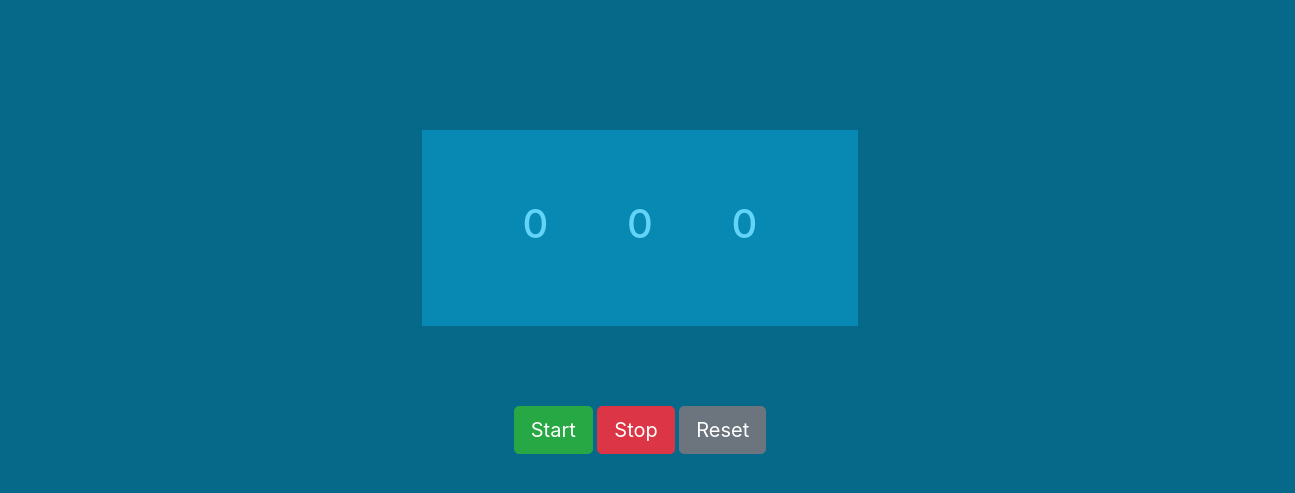
Repository: moiz9265/stopwatch
Page: index.html
The author's editor kept a copy of each file at every save. The page is drawn from the files as they stood at one save, then again after the next save.
The browser window is 1280 px wide. The page is 1295 px wide, so the pictures cover 1295 px, including what lies to the right of the window. The pictures show the whole page.

Above is the page before, as saved 2020-07-09 23:15:55.

### index.html
<!DOCTYPE html>
<html lang="en">
  <head>
    <meta charset="utf-8">
    <title>Stop Watch</title>

    <link rel="stylesheet" href="css/bootstrap.min.css">
    <link rel="stylesheet" href="css/style.css" type="text/css">


    </script>
  </head>
  <body>
      <!-- <h1  style="text-align: center;">Stop Watch</h1> -->
        <div class="row" style="margin-top: 80px;">
            <div class="col-md-4">

            </div>
            <div id="maindiv" style=" text-align: center;" class="col-sm-12 col-md-4">
                <h1 id="minute">0</h1>
                <h1 id="second">0</h1>
                <h1 id="millisec">0</h1>
                <!-- <h1>0</h1> -->
            </div>
            <div class="col-md-4">

            </div>

        </div>
        <div class="row" style="margin-top: 80px;">
            <div class="col-md-4">

            </div>
            <div  style=" text-align: center;" class="col-sm-12 col-md-4">
               <button onclick="start()" class="btn btn-lg btn-success">Start</button>
               <button onclick="pause()" class="btn btn-lg btn-danger">Stop</button>
               <button onclick="reset()" class="btn btn-lg btn-secondary">Reset</button>

            </div>
            <div class="col-md-4">

            </div>

        </div>

  </body>
  <script src="js/jquery-3.2.1.slim.min.js"></script>
  <script src="js/popper.min.js"></script>
  <script src="js/bootstrap.min.js"> </script>
  <script src="js/app.js">

  </script>
  </script>
</html>

### css/style.css
body{
    background-color: #066989;
}

#maindiv
{
        margin-top: 50px;
    width: 40%;
    background-color: #0789B3;
    padding-top: 70px;
    padding-bottom: 70px;
    padding-left: 30px;
    padding-right: 30px;


}

h1
{
    display: inline-block;
    width: 100px;
   text-align: center;
   color: #62D4F8;
}

### js/app.js
var min = 0;
var sec = 0;
var msec = 0;


var minutecount = document.getElementById('minute');
var secondcount = document.getElementById('second');
var milliseccount = document.getElementById('millisec');
var interval;

function timer()
{
    msec++
    // milliseccount.innerHTML = msec;

}
interval = setInterval(timer,10);

function start()
{


}

function pause()
{

}
function reset()
{

}

Loaded but not shown: css/bootstrap.min.css (library); js/jquery-3.2.1.slim.min.js (library); js/popper.min.js (library); js/bootstrap.min.js (library)

After the next save:
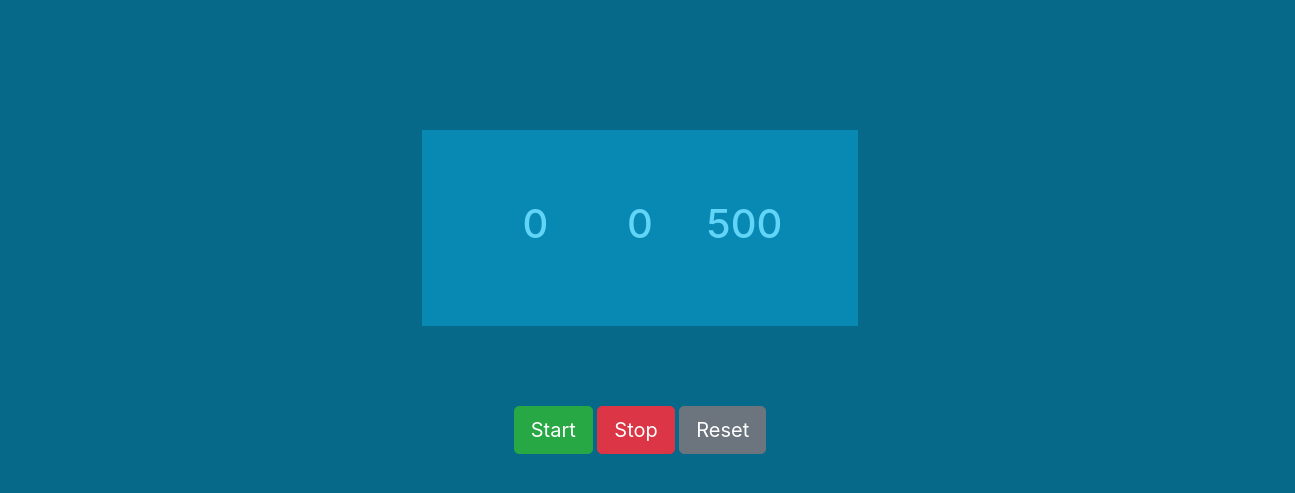
Saved 10 s later.
--- a/js/app.js
+++ b/js/app.js
@@ -11,7 +11,7 @@
 function timer()
 {
     msec++
-    // milliseccount.innerHTML = msec;
+    milliseccount.innerHTML = msec;
 
 }
 interval = setInterval(timer,10);

After the save that followed:
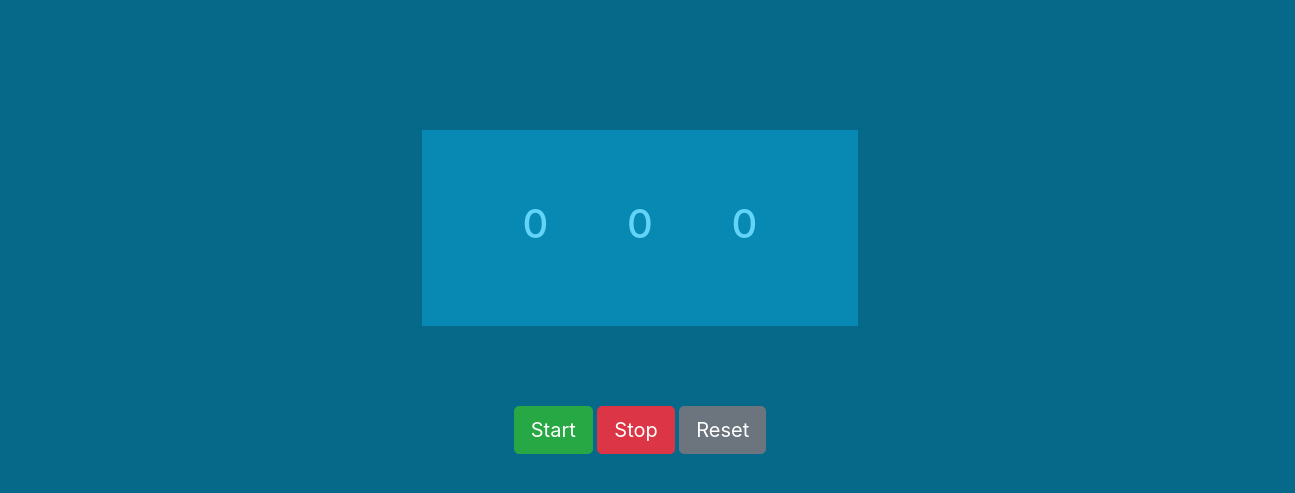
Saved 26 s later.
--- a/js/app.js
+++ b/js/app.js
@@ -11,7 +11,7 @@
 function timer()
 {
     msec++
-    milliseccount.innerHTML = msec;
+
 
 }
 interval = setInterval(timer,10);
